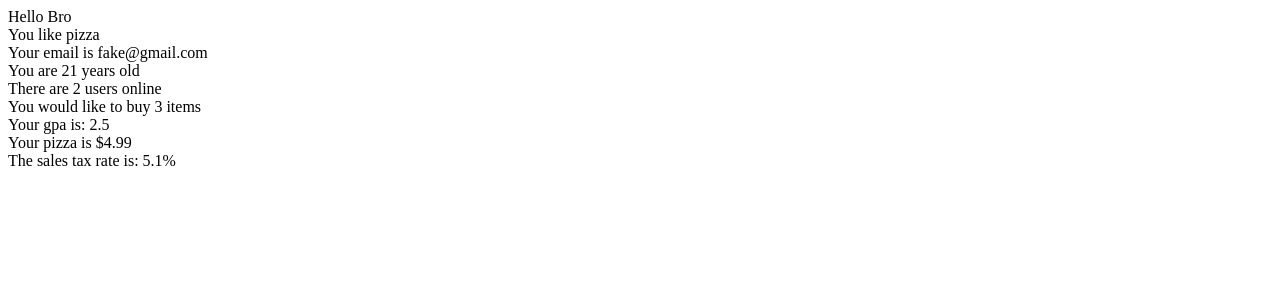
Repository: PannDev/BelajarPHP
Page: http://localhost/BroCode/2 - Variable/index.php
These files come from the project's save history. The page is drawn as it stood at one moment and after a run of saves; the edit follows.
The browser window is 1280 px wide. The pictures show the whole page.
The page is run by PHP 8.4 with error messages shown; the project is at /var/www/html/.

Above is the page before, as saved 2026-10-10 17:07:54.

After the next 2 saves:
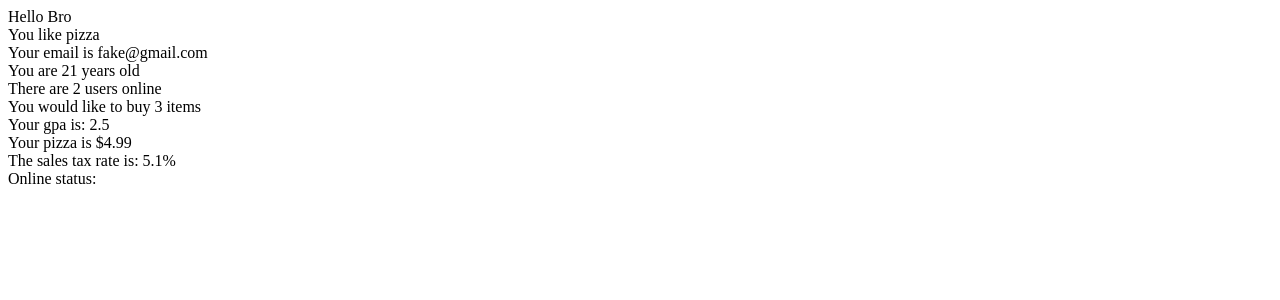
The 2 saves are shown as one change because they came seconds apart.
The last was saved 11 s later.
--- a/BroCode/2 - Variable/index.php
+++ b/BroCode/2 - Variable/index.php
@@ -28,6 +28,6 @@
     echo "Your pizza is \${$price} <br>";
     echo "The sales tax rate is: {$tax_rate}% <br>";
 
-
+    echo "Online status: {$online}"
 
 ?>
